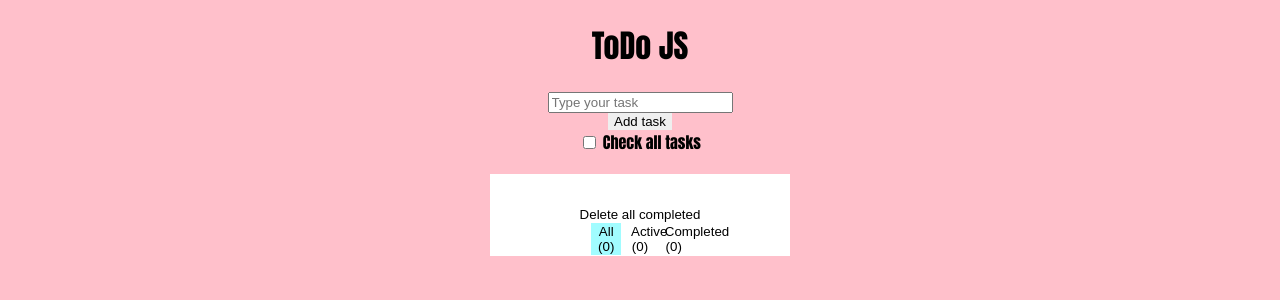
Repository: mklyagin/klyagin_todojs
Page: index.html
An editor plug-in stored every save of this project. The page is shown before and after the next save, followed by the edit.
The browser window is 1280 px wide. The pictures show the whole page.

Above is the page before, as saved 2024-02-27 17:52:49.

After the next save:
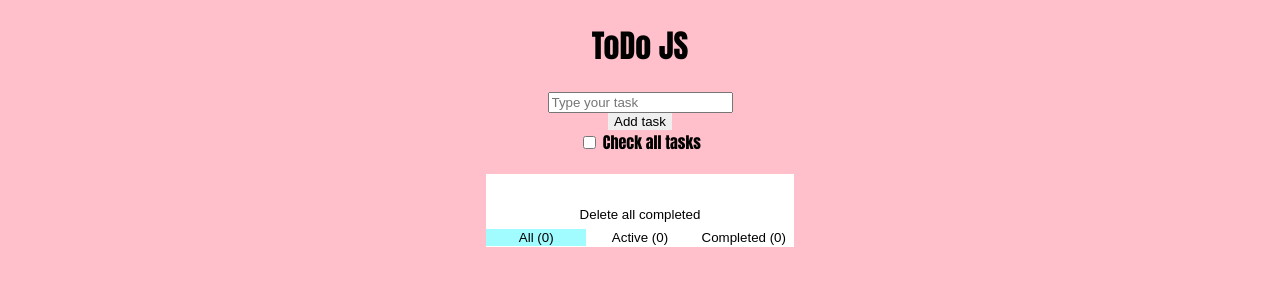
Saved 7 s later.
--- a/style.css
+++ b/style.css
@@ -63,7 +63,7 @@ li {
 
 .tab-button {
   background-color: inherit;
-  width: 30px;
+  width: 100px;
 }
 
 .hidden-element {
